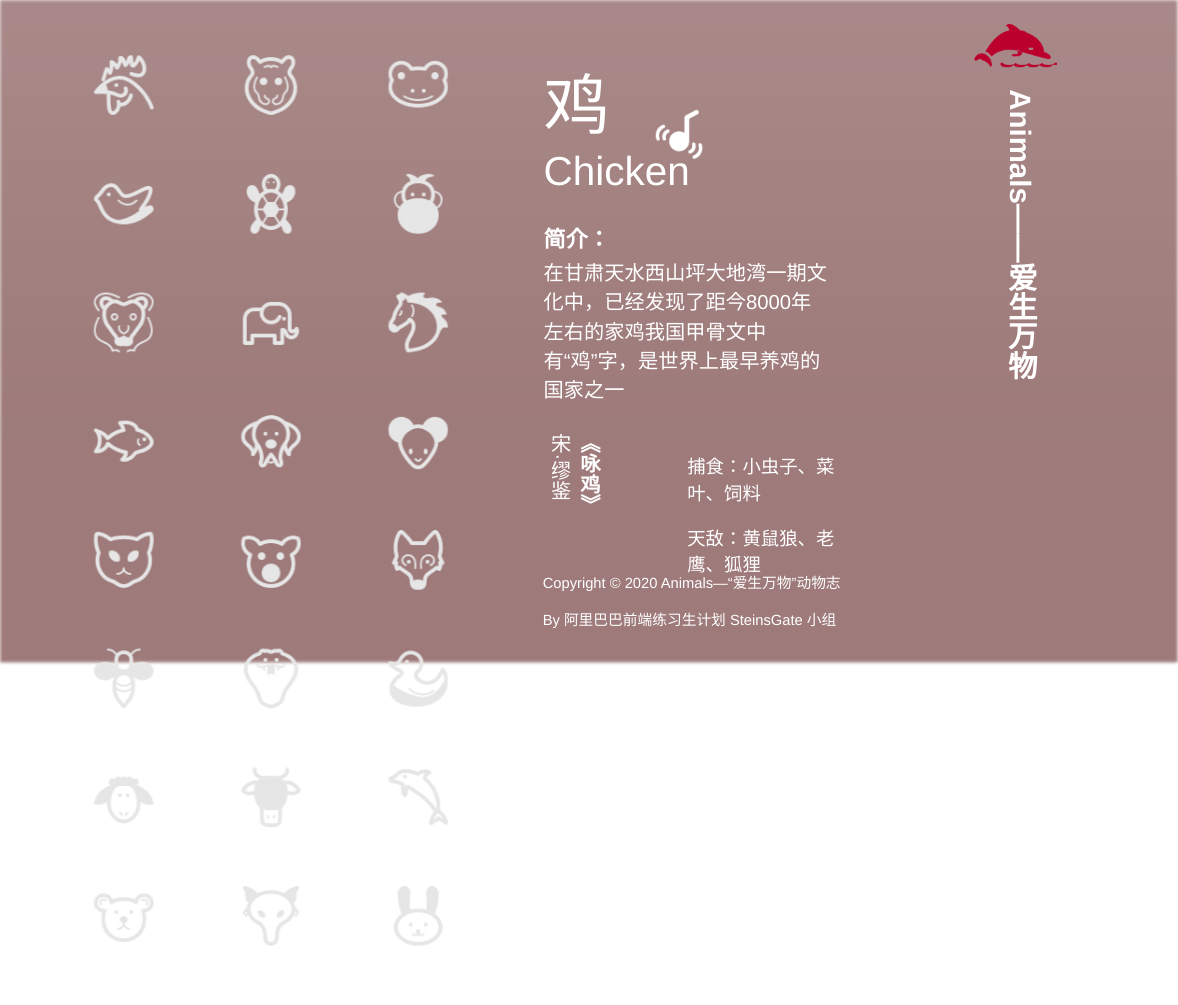
Repository: Whiskeyi/Animals
Page: /
These files come from the project's save history. The page is drawn as it stood at one moment and after the next save; the edit follows.
The browser window is 1280 px wide. The pictures show the whole page, at 92% of full size.
The project was rebuilt for these pictures with package versions that can differ from the ones it lists, and the page was loaded fresh each time.

Above is the page before, as saved 2021-11-17 18:03:30.

After the next save:
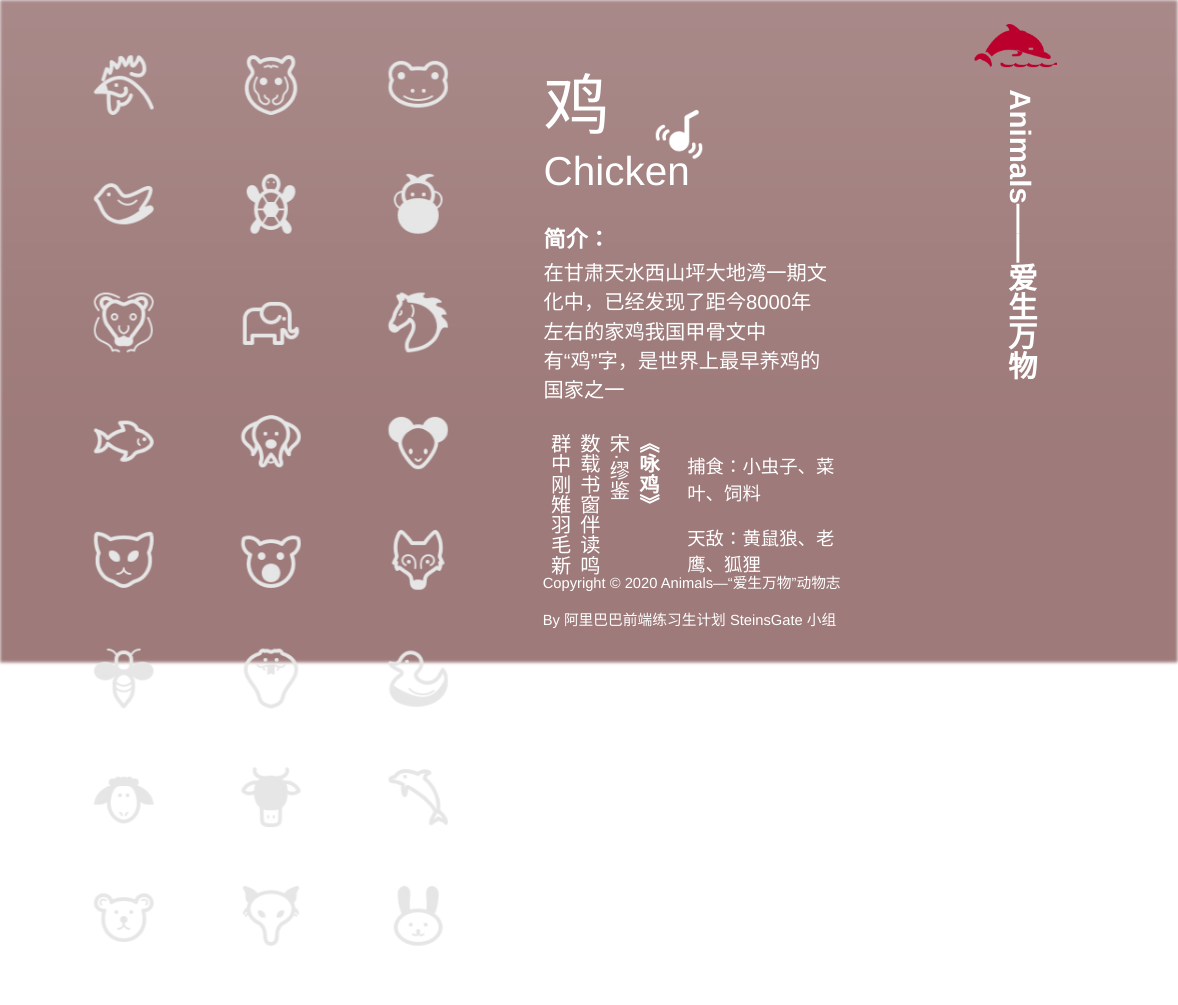
Saved 17 s later.
--- a/src/components/Info/habbit-poem/index.vue
+++ b/src/components/Info/habbit-poem/index.vue
@@ -25,8 +25,8 @@ export default {
         return {
             title: '《咏鸡》',
             author: '宋·缪鉴',
-            content1: '',
-            content2: '',
+            content1: '数载书窗伴读鸣',
+            content2: '群中刚雉羽毛新',
             content3: '',
             content4: '',
             food: '小虫子、菜叶、饲料',
